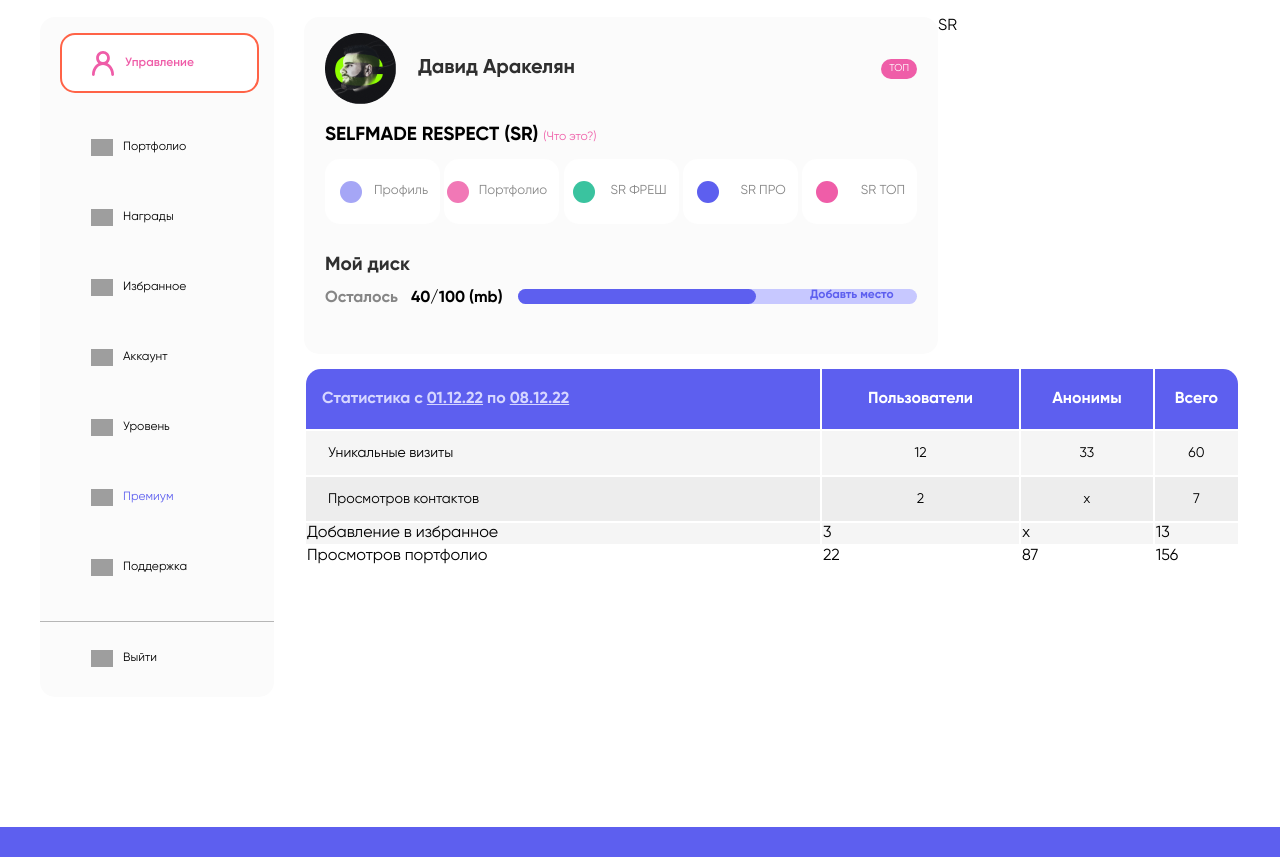
Repository: alexboagreek/selfmade
Page: index.html
The author's editor kept a copy of each file at every save. The page is drawn from the files as they stood at one save, then again after the next save.
The browser window is 1280 px wide. The pictures show the part of the page from y = 353 to 1210 px (the page is 1719 px tall).
Pictures or frames that could not be fetched are drawn as grey boxes. A picture or video elsewhere on the page could not be fetched, so the positions and the page height are approximate.

Above is the page before, as saved 2022-12-13 16:21:12.

### index.html
<!DOCTYPE html>
<html lang="ru">
<head>
    <meta charset="UTF-8">
    <meta http-equiv="X-UA-Compatible" content="IE=edge">
    <meta name="viewport" content="width=device-width, initial-scale=1.0">
    <link rel="stylesheet" href="css/style.css">
    <link rel="icon" type="image/png" sizes="64x64" href="assets/icons/favicon.png">
    <link rel="icon" type="image/png" sizes="48x48" href="assets/icons/favicon_48.png">
    <title>Selfmade</title>
</head>
<body>
    <header class="header">
        <div class="header__container">
            <h1 class="visually-hidden">Selfmade...</h1>
            <div class="header__box">
                <div class="header__logo">
                    <a href="/"><img src="./assets/icons/header_logo.svg" alt="Логотип Selfmade"></a>
                </div>
                <div class="header__login">
                    <div class="header__alarm">
                        <img class="header__alarm_icon" src="assets/icons/bell.svg" alt="authorization bell">
                    </div>
                    <p class="user__name">Аракелян Д.</p>
                    <div class="user__login">
                        <img src="assets/icons/user_icon.svg" alt="user icon">
                    </div>
                </div>

            </div>

        </div>
    </header>

    <main class="main main__container">
        <div class="sidebar">
            <ul class="menu__list">
                <li class="menu__list_item menu__list_item_fix">
                    <button class="menu__list_button menu__button_control control__text">Управление</button>
                </li>
                <li class="menu__list_item list_item_fix">
                    <button class="menu__list_button menu__button_portfolio">Портфолио</button>
                </li>
                <li class="menu__list_item list_item_fix">
                    <button class="menu__list_button menu__button_star">Награды</button>
                </li>
                <li class="menu__list_item list_item_fix">
                    <button class="menu__list_button menu__button_like">Избранное</button>
                </li>
                <li class="menu__list_item list_item_fix">
                    <button class="menu__list_button menu__button_settings">Аккаунт</button>
                </li>
                <li class="menu__list_item list_item_fix">
                    <button class="menu__list_button menu__button_level">Уровень</button>
                </li>
                <li class="menu__list_item list_item_fix">
                    <button class="menu__list_button menu__button_premium menu__button_active">Премиум</button>
                </li>
                <li class="menu__list_item item__border list_item_fix">
                    <button class="menu__list_button menu__button_helper">Поддержка</button>
                </li>
                <li class="menu__list_item list_item_fix menu__line">
                    <button class="menu__list_button menu__button_exit">Выйти</button>
                </li>
            </ul>
        </div>
        <div class="content">
            <section class="interface">
                <div class="interface__box">
                    <div class="interface__box_header interface__line">
                        <div class="user__info">
                            <img src="assets/img/interface.png" alt="Логотип интерфейса юзера | user interface logo" class="interface__img">
                            <p class="interface__text">Давид Аракелян</p>
                        </div>
                        <div class="interface__rating">Топ</div>
                    </div>
                    <div class="selfmade__respect">
                        <h2 class="selfmade__respect_title">SELFMADE RESPECT (SR) <span class="selfmade__span">(Что это?)</span></h2>
                        <ul class="selfmade__list">
                            <li class="selfmade__list_item"><span class="selfmade__profile"></span><span class="list__text">Профиль</span></li>
                            <li class="selfmade__list_item"><span class="selfmade__portfolio"></span>Портфолио</li>
                            <li class="selfmade__list_item"><span class="selfmade__fresh"></span>SR ФРЕШ</li>
                            <li class="selfmade__list_item"><span class="selfmade__pro"></span>SR ПРО</li>
                            <li class="selfmade__list_item"><span class="selfmade__top"></span>SR ТОП</li>
                        </ul>
                    </div>
                    <div class="selfmade__disk">
                        <h3 class="selfmade__disk_title">Мой диск</h3>
                        <div class="selfmade__disk_progress">
                            <p class="selfmade__disk_text">Осталось</p>
                            <p class="selfmade__disk_value">40/100 (mb)</p>
                            <div class="progress__bar">
                                <div class="progress__cover_bar"><span class="progress__bar_text">Добавть место</span></div>
                            </div>
                        </div>
                    </div>
                </div>
                <div class="interface__respect">SR</div>
            </section>
            <section class="table">
                <table class="table__body">
                    <thead>
                      <tr>
                        <th class="table__head">Статистика с <span class="table__date">01.12.22</span> по <span class="table__date">08.12.22</span></th>
                        <th class="table__text">Пользователи</th>
                        <th class="table__text">Анонимы</th>
                        <th class="table__text table__left">Всего</th>
                      </tr>
                    </thead>
                    <tbody>
                      <tr class="table__first">
                        <td class="table__first_row">Уникальные визиты</td>
                        <td class="first__row_text">12</td>
                        <td class="first__row_text">33</td>
                        <td class="first__row_text">60</td>
                      </tr>
                      <tr class="table__second">
                        <td class="table__second_row">Просмотров контактов</td>
                        <td class="first__row_text">2</td>
                        <td class="first__row_text">x</td>
                        <td class="first__row_text">7</td>
                      </tr>
                      <tr class="table__first">
                        <td>Добавление в избранное</td>
                        <td>3</td>
                        <td>x</td>
                        <td>13</td>
                      </tr>
                      <tr>
                        <td>Просмотров портфолио</td>
                        <td>22</td>
                        <td>87</td>
                        <td>156</td>
                      </tr>
                    </tbody>
                  </table>
            </section>
        </div>
    </main>

  <footer class="footer">
    <div class="footer__container">
        <div class="footer__box">
            <img src="./assets/icons/footer_logo.svg" alt="Логотип Selfmade">
            <div class="footer__social">
                <ul class="footer__social_list">
                    <li class="footer__social_list_item">
                        <svg width="15" height="14" viewbox="0 0 15 14" fill="none" xmlns="http://www.w3.org/2000/svg">
                            <path d="M0.911243 6.87875L4.18677 8.10128L5.45459 12.1786C5.53572 12.4397 5.85504 12.5363 6.067 12.363L7.89283 10.8745C8.08421 10.7186 8.35682 10.7108 8.55683 10.856L11.85 13.2469C12.0767 13.4117 12.3979 13.2875 12.4548 13.0135L14.8672 1.40935C14.9293 1.11007 14.6352 0.860402 14.3502 0.970619L0.907405 6.15646C0.575664 6.2844 0.578554 6.75408 0.911243 6.87875ZM5.25027 7.4505L11.6519 3.50775C11.7669 3.43709 11.8853 3.59266 11.7865 3.6843L6.50332 8.59526C6.31761 8.76813 6.19783 8.99946 6.1639 9.25055L5.98393 10.5842C5.9601 10.7623 5.70995 10.78 5.66081 10.6077L4.96866 8.17563C4.88939 7.89823 5.00491 7.60194 5.25027 7.4505Z" fill="#5D5FEF"/>
                        </svg>
                    </li>
                    <li class="footer__social_list_item">
                        <svg width="15" height="15" viewbox="0 0 15 15" fill="none" xmlns="http://www.w3.org/2000/svg">
                            <path fill-rule="evenodd" clip-rule="evenodd" d="M4.90509 0.6828C2.54568 0.6828 0.632996 2.59548 0.632996 4.9549V10.295C0.632996 12.6544 2.54568 14.5671 4.90509 14.5671H10.2452C12.6046 14.5671 14.5173 12.6544 14.5173 10.295V4.9549C14.5173 2.59548 12.6046 0.6828 10.2452 0.6828H4.90509ZM7.57515 3.88687C5.51067 3.88687 3.83707 5.56047 3.83707 7.62496C3.83707 9.68944 5.51067 11.363 7.57515 11.363C9.63964 11.363 11.3132 9.68944 11.3132 7.62496C11.3132 5.56047 9.63964 3.88687 7.57515 3.88687ZM11.5421 4.64975C12.0898 4.64975 12.5338 4.20573 12.5338 3.65801C12.5338 3.11029 12.0898 2.66627 11.5421 2.66627C10.9944 2.66627 10.5504 3.11029 10.5504 3.65801C10.5504 4.20573 10.9944 4.64975 11.5421 4.64975Z" fill="#5D5FEF"/>
                        </svg>
                    </li>
                    <li class="footer__social_list_item">
                        <svg width="16" height="9" viewbox="0 0 16 9" fill="none" xmlns="http://www.w3.org/2000/svg">
                            <path d="M12.9479 4.91454C12.7006 4.61918 12.7714 4.48778 12.9479 4.22376C12.9511 4.22075 14.9925 1.55289 15.2028 0.648132L15.2041 0.647529C15.3086 0.317814 15.2041 0.0755005 14.6987 0.0755005H13.0263C12.6006 0.0755005 12.4043 0.283456 12.2991 0.516125C12.2991 0.516125 11.4477 2.44378 10.2431 3.69332C9.85434 4.05438 9.67462 4.17012 9.46239 4.17012C9.35787 4.17012 9.19535 4.05438 9.19535 3.72467V0.647529C9.19535 0.252112 9.07617 0.0755005 8.72373 0.0755005H6.09412C5.82709 0.0755005 5.66839 0.259948 5.66839 0.431737C5.66839 0.80666 6.27066 0.892856 6.33312 1.9477V4.23642C6.33312 4.73792 6.23689 4.83015 6.02338 4.83015C5.45489 4.83015 4.07508 2.89465 3.25739 0.679476C3.09232 0.249701 2.93108 0.0761032 2.50216 0.0761032H0.829178C0.351821 0.0761032 0.255585 0.284059 0.255585 0.516728C0.255585 0.927817 0.824079 2.97181 2.89921 5.67222C4.28221 7.51549 6.22988 8.51428 8.00164 8.51428C9.06661 8.51428 9.19663 8.29246 9.19663 7.91091C9.19663 6.14961 9.10039 5.98325 9.63383 5.98325C9.88111 5.98325 10.3068 6.09898 11.3011 6.98806C12.4374 8.04231 12.6242 8.51428 13.2602 8.51428H14.9326C15.4093 8.51428 15.6508 8.29246 15.5119 7.85485C15.1939 6.93442 13.0448 5.04112 12.9479 4.91454V4.91454Z" fill="#5D5FEF"/>
                        </svg>
                    </li>
                    <li class="footer__social_list_item">
                        <svg width="7" height="14" viewbox="0 0 7 14" fill="none" xmlns="http://www.w3.org/2000/svg">
                            <path d="M5.1126 2.93661H6.8285V0.446777H4.81141V0.455757C2.36736 0.540786 1.86645 1.89031 1.8223 3.30771H1.81727V4.55101H0.153015V6.9893H1.81727V13.5253H4.3254V6.9893H6.37996L6.77685 4.55101H4.32622V3.79984C4.32622 3.32082 4.65072 2.93661 5.1126 2.93661Z" fill="#5D5FEF"/>
                        </svg>
                    </li>
                </ul>
            </div>
        </div>
        <div class="footer__services">
            <ul class="services__list">
                <li class="services__list_item">Как работает сервис?</li>
                <li class="services__list_item">Советы от SELFMADE</li>
                <li class="services__list_item">Пользовательское соглашение</li>
                <li class="services__list_item">Почему SELFMADE</li>
                <li class="services__list_item">Помощь и поддержка</li>
            </ul>
        </div>
    </div>
    <div class="footer__copyright">
        <ul class="footer__copyright_list">
            <li class="footer__copyright_list_item footer__copy_text">© SELFMADE.TEAM 2022</li>
            <li class="footer__copyright_list_item footer__copy_text-info">ИНН 431207720494 / ОГРНИП 320508100324371</li>
            <li class="footer__copyright_list_item">
                <a class="footer__copyright_link" href="#">Политика конфиденциальности</a>
            </li>
        </ul>
    </div>

  </footer>
</body>
</html>

### css/style.css
@import 'normalize.css';
@import 'fonts.css';
@import 'default.css';
@import 'header.css';
@import 'sidebar.css';
@import 'interface.css';
@import 'table.css';
@import 'footer.css';

### css/fonts.css
@font-face {
    font-family: Gilroy;
    src: url(../assets/fonts/Gilroy-Regular.woff2) format('woff2'),
    url(../assets/fonts/Gilroy-Regular.woff) format('woff');
    font-weight: 400;
}

@font-face {
    font-family: Gilroy;
    src: url(../assets/fonts/Gilroy-Semibold.woff2) format('woff2'),
    url(../assets/fonts/Gilroy-Semibold.woff) format('woff');
    font-weight: 500;
}

@font-face {
    font-family: Gilroy;
    src: url(../assets/fonts/Gilroy-Bold.woff2) format('woff2'),
    url(../assets/fonts/Gilroy-Bold.woff) format('woff');
    font-weight: 600;
}

### css/default.css
:root {
    --color-control-text:#EF5DA8;
    --color-menu: #F0F0F0;
    --color-menu-active: #5D5FEF;
    --color-alarm: #EF5DA8;
    --color-main: #FBFBFB;
    --footer-color-main: #5D5FEF;
    --footer-color-copyright: #5556D3;
    --footer-social-color: #FFFFFF;
    --footer-copyright-link: #B6B6B6;

}

html {
  overflow-x: hidden;
  position: relative;
  box-sizing: border-box;
}

*,
*::before,
*::after {
  box-sizing: inherit;
}

body {
  display: flex;
  flex-direction: column;
  min-width: 320px;
  height: 100%;
  font-family: Gilroy, sans-serif;
  background-color: #FFFFFF;
  font-size: 16px;
  overflow-x: hidden;
  position: relative;
}

img,
svg {
  max-width: 100%;
  max-height: 100%;
  height: auto;
}

button {
  padding: 0;
  cursor: pointer;
  border: none;
  background-color: transparent;
}

a {
  text-decoration: none;
  color: inherit;
}

ul {
  list-style: none;
  padding: 0;
  margin: 0;
}

h1,
h2,
h3,
p,
figure,
fieldset {
  margin: 0;
}

iframe {
  border: none;
}

fieldset {
  padding: 0;
  border: 0;
}

.visually-hidden {
  position: fixed;
  transform: scale(0);
}

.container {
    max-width: 1400px;
    padding: 0 100px;
    margin: 0 auto;
}

### css/header.css
.header {
    padding-top: 28px;
    padding-bottom: 37px;
    flex: 0 0 auto;
    background-color: #FFFFFF;
}

.header__box {
    display: flex;
    justify-content: space-between;
    align-items: center;
}

.header__container {
    max-width: 1500px;
    margin: 0 auto;
    padding: 0 100px;
}

.header__alarm {
    position: relative;
    margin-right: 11px;
}

.header__alarm::after {
    position: absolute;
    top: 0;
    content: '';
    width: 5px;
    height: 5px;
    background-color: var(--color-alarm);
    border-radius: 50%;
}
.user__name {
    margin-right: 6px;
}

.header__login {
    display: flex;
    align-items: center;
}

.user__login {
    cursor: pointer;
}

.services__list_item {
    cursor: pointer;
}

### css/sidebar.css
.main {
    display: flex;
}

.main__container {
    max-width: 1200px;
    margin: 0 auto;
}

.sidebar {
    display: flex;
    justify-content: center;
    width: 234px;
    border-radius: 15px;
    background-color: var(--color-main);
    margin-bottom: 130px;
    margin-right: 30px;
}

.menu__list_button {
    font-size: 12px;
    line-height: 16px;
    padding: 7px 8px 7px 40px;
    background-size: 22px;
    background-position: 8px center;
    background-repeat: no-repeat;
    border-radius: 50px;
    border: 1px solid transparent;
    white-space: nowrap;
    outline: none;
    margin-bottom: 38px;
}

.menu__list_item_fix {
    display: flex;
    padding-left: 20px;
    align-items: flex-start;
}

.menu__button_active {
    color: var(--color-menu-active);
}

.menu__button_control {
    width: 199px;
    margin-top: 16px;
    border-radius: 15px;
    border: 2px solid tomato;
    padding: 20px;
    background-color: #FFFFFF;
    background-image: url('../assets/icons/user__icon.svg');
    background-position: calc(30px);
}

.control__text {
    font-weight: 500;
    color: var(--color-control-text);
}

.menu__button_portfolio {
    background-image: url('../assets/icons/portfolio_icon.svg');
}
.menu__button_star {
    background-image: url('../assets/icons/star_icon.svg');
}

.menu__button_like {
    background-image: url('../assets/icons/like_icon.svg');
}
.menu__button_settings {
    background-image: url('../assets/icons/settings_icon.svg');
}
.menu__button_level {
    background-image: url('../assets/icons/level_icon.svg');
}
.menu__button_premium {
    background-image: url('../assets/icons/premium_icon.svg');
}

.menu__button_helper {
    background-image: url('../assets/icons/helper_icon.svg');
}

.menu__line {
    width: 234px;
    border-top: 1px solid var(--footer-copyright-link);
}
.menu__button_exit {
    background-image: url('../assets/icons/exit_icon.svg');
    margin-top: 20px;
    margin-bottom: 23px;
}

.list_item_fix {
    padding-left: 42px;
}

### css/interface.css

.interface {
    display: flex;
    margin-bottom: 13px;
}

.interface__box {
    border-radius: 15px;
    padding: 16px 21px;
    width: 634px;
    background-color: var(--color-main);
}

.interface__box_header {
    display: flex;
    justify-content: space-between;
    align-items: center;
    margin-bottom: 19px;
}

.user__info {
    display: flex;
    align-items: center;
}

.interface__text {
    font-weight: 700;
    font-size: 20px;
    margin-left: 22px;
    line-height: 1.06;
    color: #2F2F2F;
}

.interface__rating {
    padding: 4px 8px;
    border-radius: 47px;
    color: #FFFFFF;
    background-color: var( --color-control-text);
    font-size: 10px;
    text-transform: uppercase;
}
.selfmade__respect_title {
    margin-bottom: 10px;
    font-weight: 600;
    font-size: 19px;
    line-height: 23px;
}

.selfmade__span {
    font-weight: 400;
    font-size: 12px;
    color: var(--color-control-text);
}

.selfmade__list {
    display: flex;
    justify-content: space-between;
    position: relative;
   text-align: end;
    margin-bottom: 30px;
}

.selfmade__list_item {
    position: relative;
    width: 115px;
    color: #868686;
    font-size: 13px;
    background-color: #FFFFFF;
    padding: 25px 12px;
    border-radius: 15px;

}

.selfmade__profile {
    top: 22px;
    left: 15px;
    position: absolute;
    display: block;
    border-radius: 50%;
    width: 22px;
    height: 22px;
    background-color: #A5A6F6;
}

.selfmade__portfolio {
    top: 22px;
    left: 3px;
    position: absolute;
    display: block;
    border-radius: 50%;
    width: 22px;
    height: 22px;
    background-color: #F178B6;
}

.selfmade__fresh{
    top: 22px;
    left: 9px;
    position: absolute;
    display: block;
    border-radius: 50%;
    width: 22px;
    height: 22px;
    background-color: #3AC39F;
}

.selfmade__pro {
    top: 22px;
    left: 14px;
    position: absolute;
    display: block;
    border-radius: 50%;
    width: 22px;
    height: 22px;
    background-color: #5D5FEF;
}

.selfmade__top {
    top: 22px;
    left: 14px;
    position: absolute;
    display: block;
    border-radius: 50%;
    width: 22px;
    height: 22px;
    background-color: #EF5DA8;
}
.selfmade__disk_title {
    font-size: 19px;
    font-weight: 600;
    color: #2F2F2F;
    margin-bottom: 13px;
}
.selfmade__disk_text {
    font-size: 16px;
    font-weight: 600;
    color:#868686;
    margin-right: 13px;
}

.selfmade__disk_value {
    font-size: 16px;
    font-weight: 600;
    margin-right: 15px;
    white-space: nowrap;
}
.selfmade__disk_progress {
    display: flex;
}

.progress__bar {
    position: relative;
    display: flex;
    align-items: center;
    width: 398px;
    width: 100%;
    background-color: #C7C8FF;
    border-radius: 63px;
    height: 15px;
}

.progress__cover_bar {
    position: absolute;
    width: 238px;
    background-color: #5D5FEF;
    border-radius: 63px;
    height: 15px;
}

.progress__bar_text {
    position: absolute;
    display: block;
    font-weight: 600;
    font-size: 12px;
    color: #5D5FEF;
    right: -138px;
}

.selfmade__disk {
    margin-bottom: 30px;
}

### css/table.css
.table__body {
    width: 936px;
}

.table__head {
    padding: 21px 16px;
    background-color: #5D5FEF;
    text-align: left;
    color: #D6D6FF;
    border-top-left-radius: 15px;
}

.table__text {
    background-color: #5D5FEF;
    color: #FFFFFF;
}

.table__left {
    border-top-right-radius: 15px;
}

.table__date {
    cursor: pointer;
    text-decoration: underline;
}

.table__first {
    background-color:#F5F5F5;
    font-weight: 400;
}

.table__first_row {
    font-size: 14px;
    padding: 14px 22px;
}

.table__second {
    background-color: #EDEDED;
    ;
    font-weight: 400;
}
.first__row_text {
    text-align: center;
    font-size: 14px;
}

.table__second_row {
    font-size: 14px;
    padding: 14px 22px;
}

### css/footer.css
.footer {
    flex: 0 0 auto;
}

.footer__container {
    padding: 50px 140px 0px 140px;
    background-color: var(--footer-color-main);
}

.footer__box {
    display: flex;
    justify-content: space-between;
    background-color: var(--footer-color-main);
    margin-bottom: 50px;
}

.footer__social_list_item {
    display: flex;
    align-items: center;
    justify-content: center;
    width: 29px;
    height: 29px;
    background-color: var(--footer-social-color);
    border-radius: 50%;
    margin-right: 19px;
    cursor: pointer;
}

.footer__social_list_item:last-child {
    margin-right: 0;
}

.footer__social_list {
    display: flex;
}

.footer__services {
    padding-bottom: 41px;
}

.services__list {
    display: flex;
    justify-content: space-between;
}
.services__list_item {
    font-size: 16px;
    font-weight: 500;
    color: var(--footer-social-color);
}

.footer__copyright {
    padding: 30px 140px;
    border-top: 1px solid #FFFFFF;
    background-color: var(--footer-color-copyright);
}

.footer__copyright_list {
    display: flex;
    justify-content: space-between;
}

.footer__copy_text {
    font-weight: 500;
    line-height: 16px;
    color: var(--footer-social-color);
}

.footer__copy_text-info {
    font-weight: 400;
    color: var(--footer-social-color);
}
.footer__copyright_link {
    color: var(--footer-copyright-link);
}

Loaded but not shown: css/normalize.css (library)

After the next save:
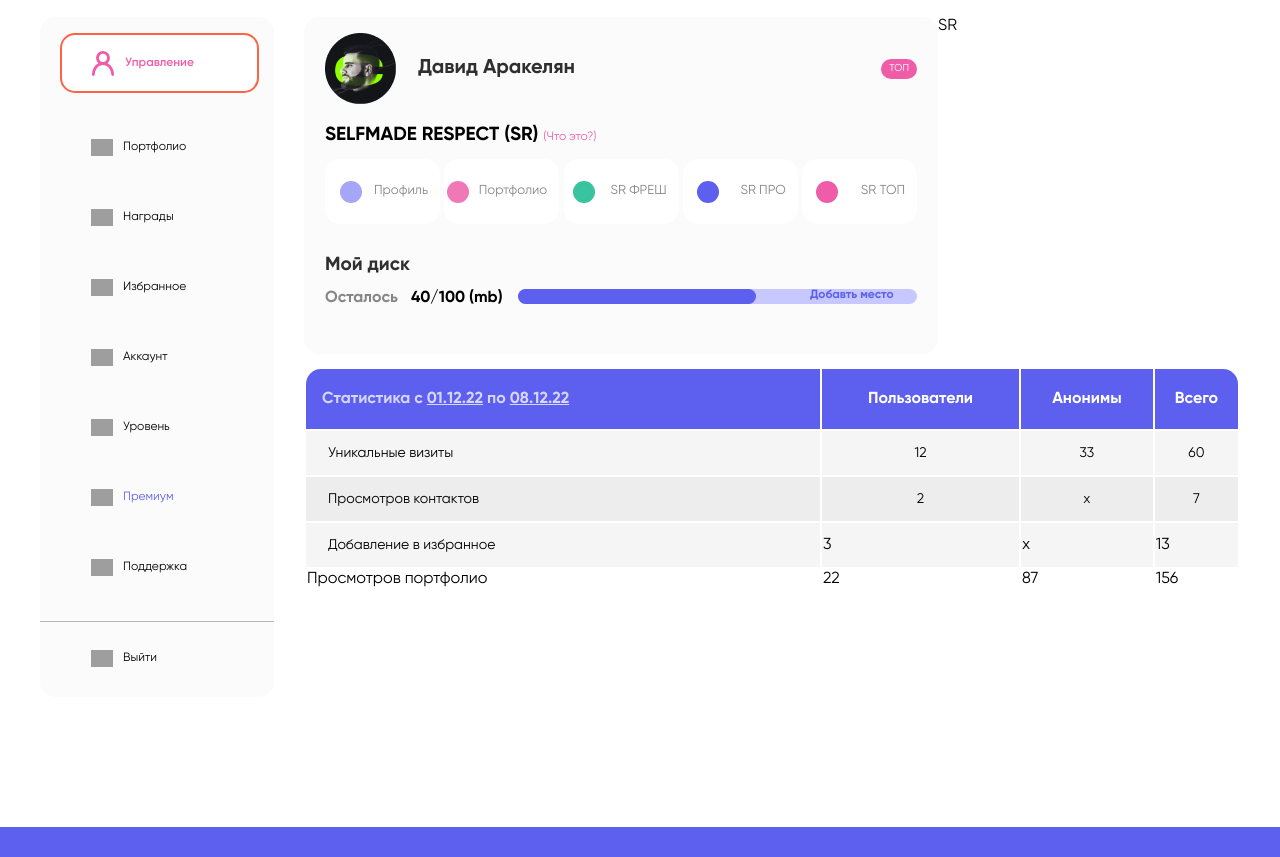
Saved 9 s later.
--- a/index.html
+++ b/index.html
@@ -121,7 +121,7 @@
                         <td class="first__row_text">7</td>
                       </tr>
                       <tr class="table__first">
-                        <td>Добавление в избранное</td>
+                        <td class="table__first_row">Добавление в избранное</td>
                         <td>3</td>
                         <td>x</td>
                         <td>13</td>
